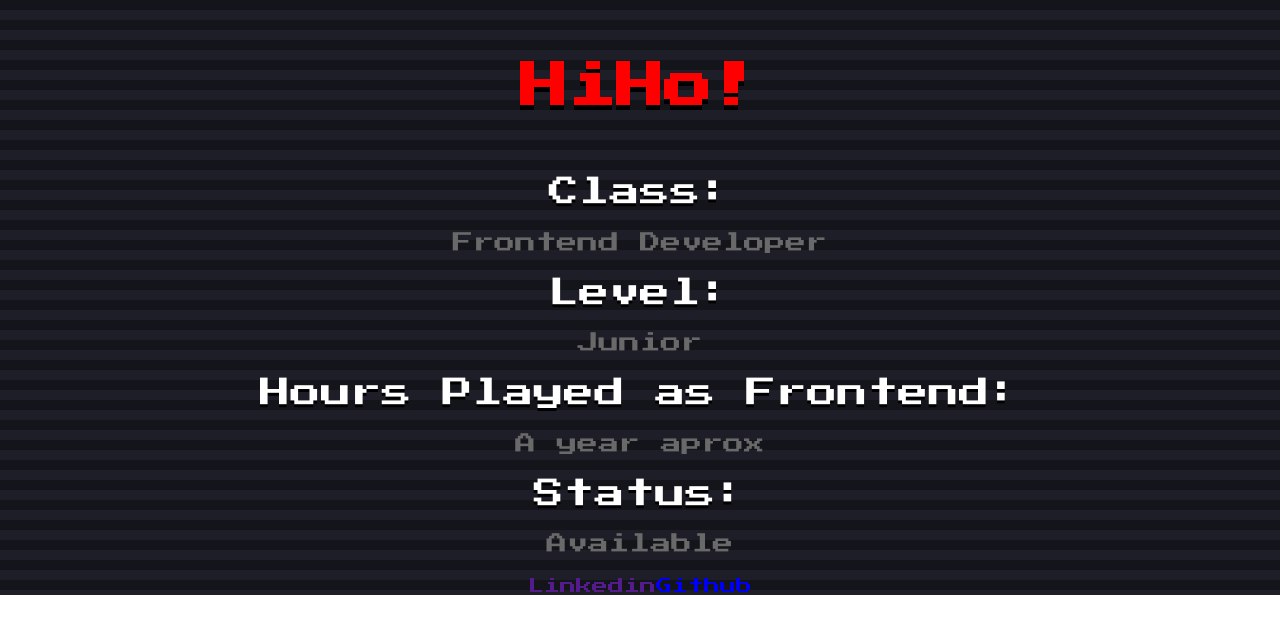
Repository: sernalab/soon
Page: index.html
The author's editor kept a copy of each file at every save. The page is drawn from the files as they stood at one save, then again after the next save.
The browser window is 1280 px wide. The pictures show the whole page.

Above is the page before, as saved 2018-12-27 00:48:35.

### index.html
<!DOCTYPE html>
<html lang="en">

<head>
    <meta charset="UTF-8">
    <meta name="viewport" content="width=device-width, initial-scale=1.0">
    <meta http-equiv="X-UA-Compatible" content="ie=edge">
    <title>Lulz</title>
    <link rel="stylesheet" href="css/styles.css">
    <link href="https://fonts.googleapis.com/css?family=Press+Start+2P" rel="stylesheet">

</head>

<body>
    <main>
        <h1>HiHo!</h1>
        <span>Class:</span>
        <p> Frontend Developer</p>
        <span>Level:</span>
        <p>Junior</p>
        <span>Hours Played as Frontend:</span>
        <p>A year aprox</p>
        <span>Status:</span>
        <p>Available</p>
        <!-- 14151b 1d1e27-->
        <footer>
            <ul>
                <li><a href="">Linkedin <a/></li>
                <li><a href="https://github.com/sernalab">Github</a></li>
            </ul>
        </footer>
    </main>
</body>

<script>
    // google analitycs
</script>

</html>

### css/styles.css
/*! normalize.css v8.0.1 | MIT License | github.com/necolas/normalize.css */


/* Document
   ========================================================================== */


/**
 * 1. Correct the line height in all browsers.
 * 2. Prevent adjustments of font size after orientation changes in iOS.
 */

html {
    line-height: 1.15;
    /* 1 */
    -webkit-text-size-adjust: 100%;
    /* 2 */
}


/* Sections
   ========================================================================== */


/**
 * Remove the margin in all browsers.
 */

body {
    margin: 0;
}


/**
 * Render the `main` element consistently in IE.
 */

main {
    display: block;
}


/**
 * Correct the font size and margin on `h1` elements within `section` and
 * `article` contexts in Chrome, Firefox, and Safari.
 */

h1 {
    font-size: 2em;
    margin: 0.67em 0;
}


/* Grouping content
   ========================================================================== */


/**
 * 1. Add the correct box sizing in Firefox.
 * 2. Show the overflow in Edge and IE.
 */

hr {
    box-sizing: content-box;
    /* 1 */
    height: 0;
    /* 1 */
    overflow: visible;
    /* 2 */
}


/**
 * 1. Correct the inheritance and scaling of font size in all browsers.
 * 2. Correct the odd `em` font sizing in all browsers.
 */

pre {
    font-family: monospace, monospace;
    /* 1 */
    font-size: 1em;
    /* 2 */
}


/* Text-level semantics
   ========================================================================== */


/**
 * Remove the gray background on active links in IE 10.
 */

a {
    background-color: transparent;
}


/**
 * 1. Remove the bottom border in Chrome 57-
 * 2. Add the correct text decoration in Chrome, Edge, IE, Opera, and Safari.
 */

abbr[title] {
    border-bottom: none;
    /* 1 */
    text-decoration: underline;
    /* 2 */
    text-decoration: underline dotted;
    /* 2 */
}


/**
 * Add the correct font weight in Chrome, Edge, and Safari.
 */

b,
strong {
    font-weight: bolder;
}


/**
 * 1. Correct the inheritance and scaling of font size in all browsers.
 * 2. Correct the odd `em` font sizing in all browsers.
 */

code,
kbd,
samp {
    font-family: monospace, monospace;
    /* 1 */
    font-size: 1em;
    /* 2 */
}


/**
 * Add the correct font size in all browsers.
 */

small {
    font-size: 80%;
}


/**
 * Prevent `sub` and `sup` elements from affecting the line height in
 * all browsers.
 */

sub,
sup {
    font-size: 75%;
    line-height: 0;
    position: relative;
    vertical-align: baseline;
}

sub {
    bottom: -0.25em;
}

sup {
    top: -0.5em;
}


/* Embedded content
   ========================================================================== */


/**
 * Remove the border on images inside links in IE 10.
 */

img {
    border-style: none;
}


/* Forms
   ========================================================================== */


/**
 * 1. Change the font styles in all browsers.
 * 2. Remove the margin in Firefox and Safari.
 */

button,
input,
optgroup,
select,
textarea {
    font-family: inherit;
    /* 1 */
    font-size: 100%;
    /* 1 */
    line-height: 1.15;
    /* 1 */
    margin: 0;
    /* 2 */
}


/**
 * Show the overflow in IE.
 * 1. Show the overflow in Edge.
 */

button,
input {
    /* 1 */
    overflow: visible;
}


/**
 * Remove the inheritance of text transform in Edge, Firefox, and IE.
 * 1. Remove the inheritance of text transform in Firefox.
 */

button,
select {
    /* 1 */
    text-transform: none;
}


/**
 * Correct the inability to style clickable types in iOS and Safari.
 */

button,
[type="button"],
[type="reset"],
[type="submit"] {
    -webkit-appearance: button;
}


/**
 * Remove the inner border and padding in Firefox.
 */

button::-moz-focus-inner,
[type="button"]::-moz-focus-inner,
[type="reset"]::-moz-focus-inner,
[type="submit"]::-moz-focus-inner {
    border-style: none;
    padding: 0;
}


/**
 * Restore the focus styles unset by the previous rule.
 */

button:-moz-focusring,
[type="button"]:-moz-focusring,
[type="reset"]:-moz-focusring,
[type="submit"]:-moz-focusring {
    outline: 1px dotted ButtonText;
}


/**
 * Correct the padding in Firefox.
 */

fieldset {
    padding: 0.35em 0.75em 0.625em;
}


/**
 * 1. Correct the text wrapping in Edge and IE.
 * 2. Correct the color inheritance from `fieldset` elements in IE.
 * 3. Remove the padding so developers are not caught out when they zero out
 *    `fieldset` elements in all browsers.
 */

legend {
    box-sizing: border-box;
    /* 1 */
    color: inherit;
    /* 2 */
    display: table;
    /* 1 */
    max-width: 100%;
    /* 1 */
    padding: 0;
    /* 3 */
    white-space: normal;
    /* 1 */
}


/**
 * Add the correct vertical alignment in Chrome, Firefox, and Opera.
 */

progress {
    vertical-align: baseline;
}


/**
 * Remove the default vertical scrollbar in IE 10+.
 */

textarea {
    overflow: auto;
}


/**
 * 1. Add the correct box sizing in IE 10.
 * 2. Remove the padding in IE 10.
 */

[type="checkbox"],
[type="radio"] {
    box-sizing: border-box;
    /* 1 */
    padding: 0;
    /* 2 */
}


/**
 * Correct the cursor style of increment and decrement buttons in Chrome.
 */

[type="number"]::-webkit-inner-spin-button,
[type="number"]::-webkit-outer-spin-button {
    height: auto;
}


/**
 * 1. Correct the odd appearance in Chrome and Safari.
 * 2. Correct the outline style in Safari.
 */

[type="search"] {
    -webkit-appearance: textfield;
    /* 1 */
    outline-offset: -2px;
    /* 2 */
}


/**
 * Remove the inner padding in Chrome and Safari on macOS.
 */

[type="search"]::-webkit-search-decoration {
    -webkit-appearance: none;
}


/**
 * 1. Correct the inability to style clickable types in iOS and Safari.
 * 2. Change font properties to `inherit` in Safari.
 */

::-webkit-file-upload-button {
    -webkit-appearance: button;
    /* 1 */
    font: inherit;
    /* 2 */
}


/* Interactive
   ========================================================================== */


/*
 * Add the correct display in Edge, IE 10+, and Firefox.
 */

details {
    display: block;
}


/*
 * Add the correct display in all browsers.
 */

summary {
    display: list-item;
}


/* Misc
   ========================================================================== */


/**
 * Add the correct display in IE 10+.
 */

template {
    display: none;
}


/**
 * Add the correct display in IE 10.
 */

[hidden] {
    display: none;
}


/* custom css */

body {
    font-family: 'Press Start 2P';
    background: repeating-linear-gradient( #14151b, #14151b 10px, #1d1e27 10px, #1d1e27 20px);
    background-repeat: no-repeat;
    height: -webkit-fill-available;
}

main {
    display: flex;
    flex-direction: column;
    align-items: center;
}

h1 {
    font-size: 3em;
    margin: 60px 0;
    color: red;
    text-shadow: 0 .1em 0 #000;
}

span {
    color: white;
    font-size: 1.9em;
    text-shadow: 0 .1em 0 #000;
}

p {
    font-size: 1.3em;
    color: dimgrey;
}

ul {
    margin: 0;
    padding: 0;
    display: flex;
}

li {
    list-style: none;
}

a {
    text-decoration: none;
}

After the next save:
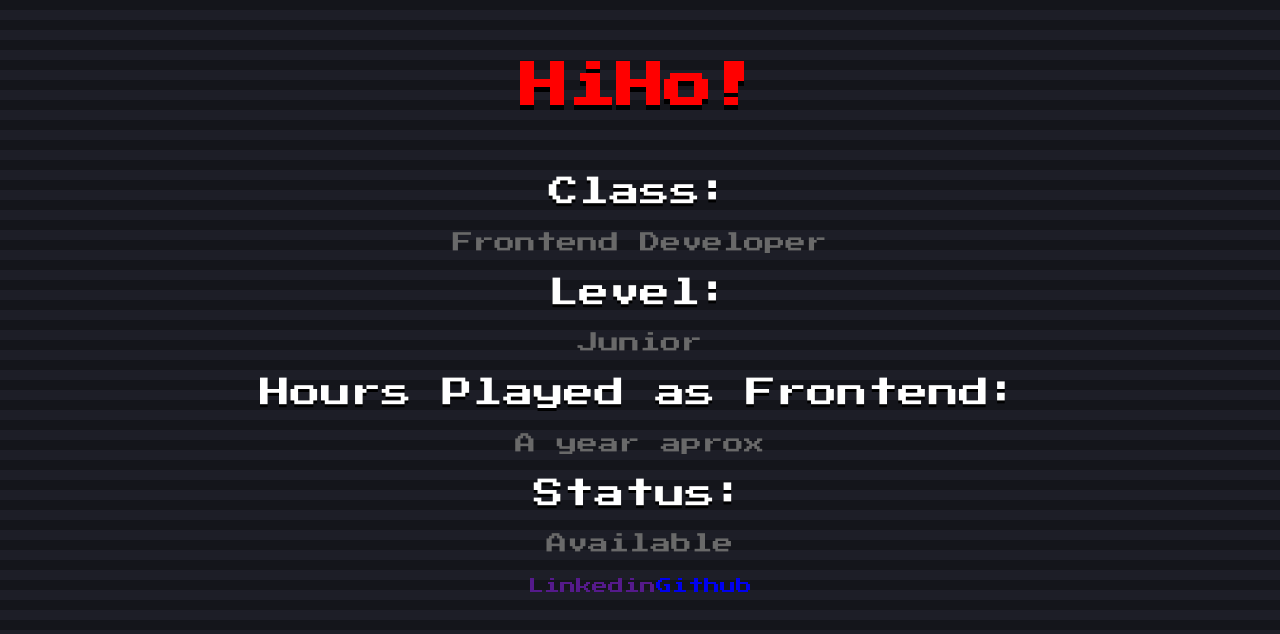
Saved 3 min 15 s later.
--- a/css/styles.css
+++ b/css/styles.css
@@ -425,7 +425,7 @@ body {
     font-family: 'Press Start 2P';
     background: repeating-linear-gradient( #14151b, #14151b 10px, #1d1e27 10px, #1d1e27 20px);
     background-repeat: no-repeat;
-    height: -webkit-fill-available;
+    height: 100vh;
 }
 
 main {
